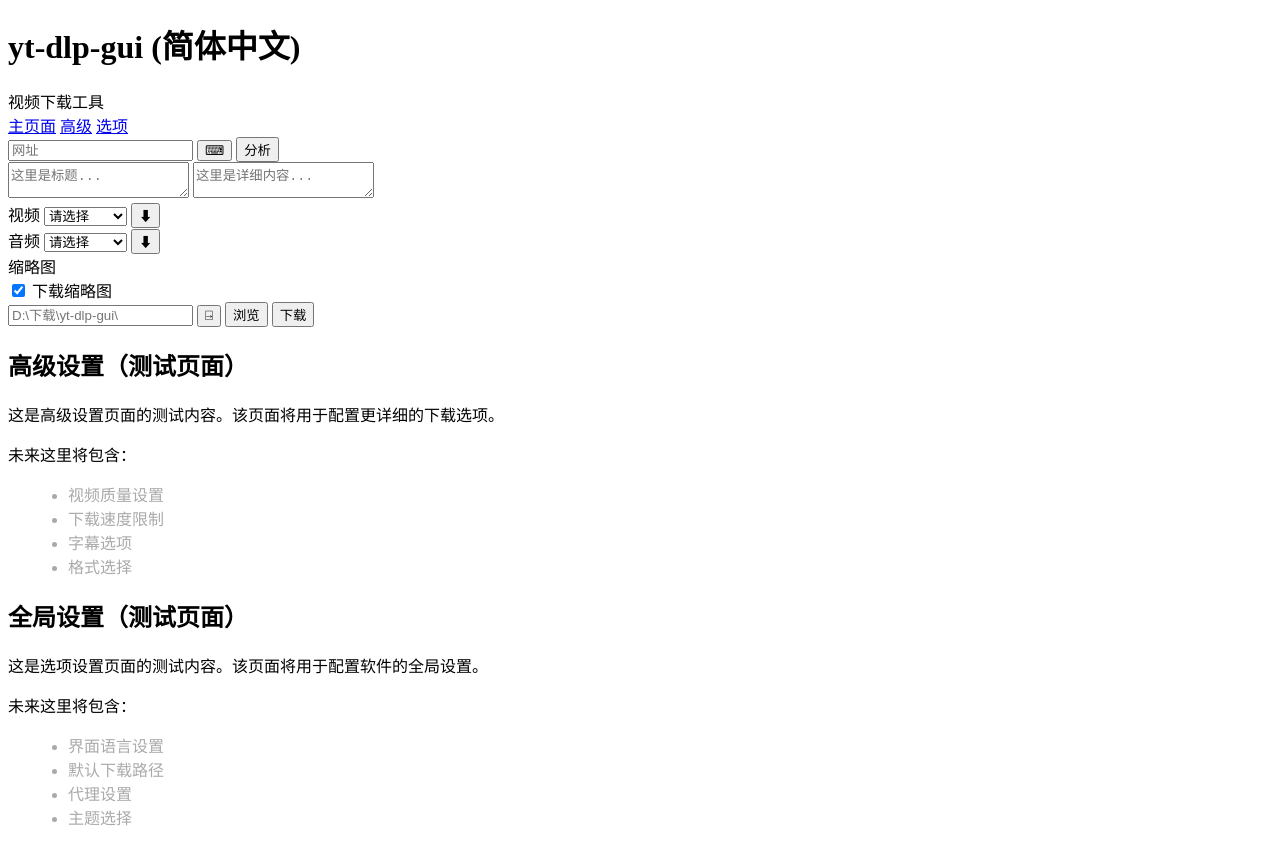
Repository: zArvin6808/yt-TubeSaver
Page: index.html
The author's editor kept a copy of each file at every save. The page is drawn from the files as they stood at one save, then again after the next save.
The browser window is 1280 px wide. The pictures show the whole page.

Above is the page before, as saved 2025-06-07 17:27:03.

### index.html
<!DOCTYPE html>
<html lang="zh-CN">
<head>
  <meta charset="UTF-8" />
  <title>yt-dlp-gui (简体中文)</title>
  <meta name="viewport" content="width=device-width, initial-scale=1.0"/>
  <link rel="stylesheet" href="style.css" />
</head>
<body>

  <!-- 标题栏 -->
  <div class="title-bar">
    <h1>yt-dlp-gui (简体中文)</h1>
    <span>视频下载工具</span>
  </div>

  <!-- 导航栏 -->
  <div class="navbar">
    <a href="#" class="nav-link active" data-page="main">主页面</a>
    <a href="#" class="nav-link" data-page="advanced">高级</a>
    <a href="#" class="nav-link" data-page="settings">选项</a>
  </div>

  <!-- 主页面内容 -->
  <div id="main" class="page active">
    <!-- 网址与按钮 占据整行 -->
    <div class="url-analysis-row">
      <input type="text" id="urlInput" placeholder="网址" />
      <button class="icon-button" id="pasteButton">⌨</button>
      <button id="analyzeButton">分析</button>
    </div>

    <!-- 主内容 -->
    <div class="main">
      <!-- 左侧面板 -->
      <div class="left-panel">
        <textarea class="title-input" id="titleInput" placeholder="这里是标题..." readonly></textarea>
        <textarea class="content-textarea" id="contentTextarea" placeholder="这里是详细内容..."></textarea>

        <!-- 视频行 -->
        <div class="select-group">
          <label for="video-select">视频</label>
          <select id="video-select">
            <option>请选择</option>
            <option value="video1">视频格式1</option>
            <option value="video2">视频格式2</option>
          </select>
          <button class="download-button" id="downloadVideoButton">⬇</button>
        </div>

        <!-- 音频行 -->
        <div class="select-group">
          <label for="audio-select">音频</label>
          <select id="audio-select">
            <option>请选择</option>
            <option value="audio1">音频格式1</option>
            <option value="audio2">音频格式2</option>
          </select>
          <button class="download-button" id="downloadAudioButton">⬇</button>
        </div>
      </div>

      <!-- 右侧面板 -->
      <div class="right-panel">
        <div class="thumbnail" id="thumbnailPreview">缩略图</div>
        <div class="checkbox-group">
          <input type="checkbox" id="download-thumb" checked />
          <label for="download-thumb">下载缩略图</label>
        </div>
      </div>
    </div>

    <!-- 路径栏 -->
    <div class="path-bar">
      <input type="text" id="pathInput" placeholder="D:\下载\yt-dlp-gui\" />
      <button class="icon-button" id="refreshPathButton">⍈</button>
      <button id="selectPathButton">浏览</button>
      <button id="downloadButton">下载</button>
    </div>
  </div>

  <!-- 高级页面 -->
  <div id="advanced" class="page">
    <div class="test-content">
      <h2>高级设置（测试页面）</h2>
      <p>这是高级设置页面的测试内容。该页面将用于配置更详细的下载选项。</p>
      <p>未来这里将包含：</p>
      <ul style="color: #aaa; margin-left: 20px;">
        <li>视频质量设置</li>
        <li>下载速度限制</li>
        <li>字幕选项</li>
        <li>格式选择</li>
      </ul>
    </div>
  </div>

  <!-- 选项页面 -->
  <div id="settings" class="page">
    <div class="test-content">
      <h2>全局设置（测试页面）</h2>
      <p>这是选项设置页面的测试内容。该页面将用于配置软件的全局设置。</p>
      <p>未来这里将包含：</p>
      <ul style="color: #aaa; margin-left: 20px;">
        <li>界面语言设置</li>
        <li>默认下载路径</li>
        <li>代理设置</li>
        <li>主题选择</li>
      </ul>
    </div>
  </div>

  <script src="script.js"></script>
</body>
</html>

### style.css
/* 新增模块化样式 - 追加到文件末尾 */

:root {
  --spacing-unit: 8px;
  --font-base: 16px;
  --font-scale: 1.125;

  /* 字体大小 */
  --text-xs: calc(var(--font-base) / var(--font-scale));
  --text-sm: var(--font-base);
  --text-md: calc(var(--font-base) * var(--font-scale));
  --text-lg: calc(var(--font-base) * var(--font-scale) * var(--font-scale));
  --text-xl: calc(var(--font-base) * var(--font-scale) * var(--font-scale) * var(--font-scale));

  /* 间距 */
  --space-1: var(--spacing-unit);
  --space-2: calc(var(--spacing-unit) * 2);
  --space-3: calc(var(--spacing-unit) * 3);
  --space-4: calc(var(--spacing-unit) * 4);
  --space-5: calc(var(--spacing-unit) * 5);
}

/* 应用容器 */
.app-container {
  font-family: 'Segoe UI', 'PingFang SC', 'Microsoft YaHei', sans-serif;
  min-height: 100vh;
  display: flex;
  flex-direction: column;
}

/* 标题栏模块 */
.app-header {
  padding: var(--space-3) var(--space-4);
  background: linear-gradient(135deg, #1a1a1a, #0d0d0d);
  border-bottom: 1px solid #333;
  text-align: center;
}

.app-header__title {
  font-size: var(--text-xl);
  font-weight: 700;
  margin: 0;
  background: linear-gradient(90deg, #ff4d4d, #f9cb28);
  -webkit-background-clip: text;
  background-clip: text;
  color: transparent;
}

/* 导航栏模块 */
.app-nav {
  display: flex;
  background-color: #252525;
  padding: 0 var(--space-4);
  border-bottom: 1px solid #333;
}

.app-nav__item {
  padding: var(--space-2) var(--space-3);
  color: #aaa;
  text-decoration: none;
  transition: all 0.3s ease;
  position: relative;
  font-size: var(--text-sm);
}

.app-nav__item:hover {
  color: #fff;
  background-color: #333;
}

.app-nav__item--active {
  color: #fff;
  background-color: #333;
}

.app-nav__item--active::after {
  content: '';
  position: absolute;
  bottom: 0;
  left: 0;
  width: 100%;
  height: 3px;
  background: linear-gradient(90deg, #ff4d4d, #f9cb28);
}

/* 主内容区模块 */
.app-main {
  padding: var(--space-4);
  flex: 1;
}

.app-page {
  display: none;
}

.app-page--active {
  display: block;
}

/* URL输入模块 */
.url-input-group {
  display: flex;
  gap: var(--space-1);
  margin-bottom: var(--space-3);
}

.url-input__field {
  flex: 1;
  padding: var(--space-2);
  background-color: #252525;
  border: 1px solid #444;
  border-radius: 4px;
  color: #fff;
  font-size: var(--text-sm);
}

.url-input__field {
  transition: all 0.3s ease;
}

.url-input__field:focus {
  outline: none;
  border-color: #f9cb28;
  box-shadow: 0 0 0 3px rgba(249, 203, 40, 0.3);
}

/* 移动端优化 */
@media (max-width: 480px) {
  .url-input-group {
    gap: var(--space-1);
  }

  .url-input__field {
    padding: var(--space-2) var(--space-2);
  }

  .app-btn {
    padding: var(--space-2);
    flex: 1;
  }
}

/* 按钮模块 */
.app-btn {
  padding: var(--space-2) var(--space-3);
  background: linear-gradient(135deg, #333, #222);
  border: none;
  border-radius: 4px;
  color: #fff;
  cursor: pointer;
  transition: all 0.2s ease;
  font-weight: 500;
  font-size: var(--text-sm);
}

.app-btn {
  transition: all 0.3s cubic-bezier(0.25, 0.8, 0.25, 1);
}

.app-btn:hover {
  background: linear-gradient(135deg, #444, #333);
  transform: translateY(-2px);
  box-shadow: 0 2px 8px rgba(0,0,0,0.2);
}

.app-btn:active {
  transform: translateY(0);
  box-shadow: 0 1px 3px rgba(0,0,0,0.1);
}

.app-btn--icon {
  padding: var(--space-2);
  min-width: 2.8rem;
}

.app-btn--download {
  padding: var(--space-1);
  min-width: 2.5rem;
}

.app-btn:disabled {
  opacity: 0.6;
  cursor: not-allowed;
}

/* 主内容布局模块 */
.content-area {
  display: flex;
  gap: var(--space-3);
  margin-bottom: var(--space-3);
}

.content-main {
  flex: 1;
  display: flex;
  flex-direction: column;
  gap: var(--space-2);
}

.content-sidebar {
  width: 300px;
}

/* 响应式设计 */
@media (max-width: 768px) {
  .content-area {
    flex-direction: column;
  }

  .content-sidebar {
    width: 100%;
  }

  .app-header__title {
    font-size: var(--text-lg);
  }

  .app-nav {
    padding: 0;
  }
}

@media (max-width: 480px) {
  .url-input-group {
    flex-wrap: wrap;
  }

  .app-btn, .url-input__field {
    width: 100%;
  }
}

### script.js
// 页面切换逻辑
function switchPage(pageId) {
    // 移除所有页面的active类
    document.querySelectorAll('.page').forEach(page => {
        page.classList.remove('active');
    });

    // 移除所有导航项的active类
    document.querySelectorAll('.navbar a').forEach(nav => {
        nav.classList.remove('active');
    });

    // 激活选中的页面
    document.getElementById(pageId).classList.add('active');

    // 激活对应的导航项
    document.querySelector(`.navbar a[data-page="${pageId}"]`).classList.add('active');
}

// 初始化页面
document.addEventListener('DOMContentLoaded', () => {
    // 为所有导航链接添加点击事件
    document.querySelectorAll('.navbar a').forEach(link => {
        link.addEventListener('click', (e) => {
            e.preventDefault();
            const pageId = link.getAttribute('data-page');
            switchPage(pageId);
        });
    });

    // 默认显示main页面
    switchPage('main');

    // 绑定按钮事件

    // 粘贴按钮点击事件
    document.getElementById('pasteButton').addEventListener('click', async () => {
        try {
            const text = await navigator.clipboard.readText();
            document.getElementById('urlInput').value = text;
            showToast('已粘贴剪贴板内容', 'success');
        } catch (error) {
            console.error('粘贴失败:', error);
            showToast('粘贴失败: ' + error.message, 'error');
        }
    });

    // URL分析按钮点击事件
    document.getElementById('analyzeButton').addEventListener('click', async () => {
        const urlInput = document.getElementById('urlInput');
        const url = urlInput.value.trim();

        if (!url) {
            showToast('请输入有效的YouTube URL', 'error');
            urlInput.focus();
            return;
        }

        if (!isValidYouTubeUrl(url)) {
            showToast('请输入有效的YouTube视频链接', 'error');
            return;
        }

        const button = document.getElementById('analyzeButton');
        const originalText = button.textContent;
        button.disabled = true;
        button.innerHTML = '<span class="spinner"></span>分析中...';

        try {
            // 模拟API请求
            const videoInfo = await analyzeYouTubeUrl(url);

            // 更新UI
            document.getElementById('titleInput').value = videoInfo.title;
            document.getElementById('contentTextarea').value = videoInfo.description;
            document.getElementById('thumbnailPreview').style.backgroundImage = `url(${videoInfo.thumbnail})`;
            document.getElementById('thumbnailPreview').textContent = '';

            // 填充格式选项
            updateFormatOptions(videoInfo.formats);

            showToast('视频信息获取成功', 'success');
        } catch (error) {
            console.error('分析URL失败:', error);
            showToast('分析失败: ' + error.message, 'error');
        } finally {
            button.disabled = false;
            button.textContent = originalText;
        }
    });

    // 下载按钮点击事件
    document.getElementById('downloadButton').addEventListener('click', async () => {
        const path = document.getElementById('pathInput').value.trim();
        if (!path) {
            showToast('请选择保存路径', 'error');
            return;
        }

        const button = document.getElementById('downloadButton');
        const originalText = button.textContent;
        button.disabled = true;
        button.innerHTML = '<span class="spinner"></span>下载中...';

        try {
            // 模拟下载过程
            await downloadVideo({
                url: document.getElementById('urlInput').value,
                path: path,
                downloadThumbnail: document.getElementById('download-thumb').checked
            });

            showToast('下载完成', 'success');
        } catch (error) {
            console.error('下载失败:', error);
            showToast('下载失败: ' + error.message, 'error');
        } finally {
            button.disabled = false;
            button.textContent = originalText;
        }
    });

    // 选择保存路径按钮点击事件
    document.getElementById('selectPathButton').addEventListener('click', async () => {
        try {
            // 使用Electron的dialog API选择路径
            const path = await window.electron.showOpenDialog({
                properties: ['openDirectory']
            });

            if (path && path.length > 0) {
                document.getElementById('pathInput').value = path[0];
                showToast('路径设置成功', 'success');
            }
        } catch (error) {
            console.error('选择路径失败:', error);
            showToast('选择路径失败', 'error');
        }
    });

    // 刷新路径按钮点击事件
    document.getElementById('refreshPathButton').addEventListener('click', () => {
        document.getElementById('pathInput').value = 'D:\\下载\\yt-dlp-gui\\';
        showToast('已重置默认路径', 'info');
    });

    // 视频下载按钮点击事件
    document.getElementById('downloadVideoButton').addEventListener('click', () => {
        const select = document.getElementById('video-select');
        if (select.value === '请选择') {
            showToast('请选择视频格式', 'error');
            return;
        }
        showToast(`开始下载视频: ${select.value}`, 'info');
    });

    // 音频下载按钮点击事件
    document.getElementById('downloadAudioButton').addEventListener('click', () => {
        const select = document.getElementById('audio-select');
        if (select.value === '请选择') {
            showToast('请选择音频格式', 'error');
            return;
        }
        showToast(`开始下载音频: ${select.value}`, 'info');
    });

    // 辅助函数
    function isValidYouTubeUrl(url) {
        const pattern = /^(https?:\/\/)?(www\.)?(youtube\.com|youtu\.?be)\/.+/;
        return pattern.test(url);
    }

    function showToast(message, type = 'info') {
      // 确保容器存在
      let container = document.querySelector('.toast-container');
      if (!container) {
        container = document.createElement('div');
        container.className = 'toast-container';
        document.body.appendChild(container);
      }

      const icons = {
        success: '✓',
        error: '✕',
        warning: '⚠',
        info: 'ℹ'
      };

      const toast = document.createElement('div');
      toast.className = `toast toast-${type}`;

      // 添加图标
      const icon = document.createElement('span');
      icon.className = 'toast-icon';
      icon.textContent = icons[type] || icons.info;
      toast.appendChild(icon);

      // 添加消息
      const messageEl = document.createElement('span');
      messageEl.textContent = message;
      toast.appendChild(messageEl);

      // 添加关闭按钮
      const closeBtn = document.createElement('span');
      closeBtn.className = 'toast-close';
      closeBtn.innerHTML = '&times;';
      closeBtn.addEventListener('click', () => {
        toast.classList.add('hide');
        setTimeout(() => toast.remove(), 300);
      });
      toast.appendChild(closeBtn);

      container.appendChild(toast);

      // 显示toast
      setTimeout(() => toast.classList.add('show'), 10);

      // 自动隐藏
      const timeout = setTimeout(() => {
        toast.classList.add('hide');
        setTimeout(() => toast.remove(), 300);
      }, 3000);

      // 鼠标悬停时暂停自动隐藏
      toast.addEventListener('mouseenter', () => {
        clearTimeout(timeout);
        toast.style.setProperty('--progress', 'paused');
      });

      toast.addEventListener('mouseleave', () => {
        const newTimeout = setTimeout(() => {
          toast.classList.add('hide');
          setTimeout(() => toast.remove(), 300);
        }, 3000);
        toast.dataset.timeout = newTimeout;
      });
    }

    // 模拟API函数
    async function analyzeYouTubeUrl(url) {
        return new Promise((resolve) => {
            setTimeout(() => {
                resolve({
                    title: '示例视频标题',
                    description: '这是视频的详细描述信息...',
                    thumbnail: 'https://i.ytimg.com/vi/dQw4w9WgXcQ/maxresdefault.jpg',
                    formats: {
                        video: ['1080p', '720p', '480p'],
                        audio: ['mp3', 'aac', 'opus']
                    }
                });
            }, 1500);
        });
    }

    function updateFormatOptions(formats) {
        const videoSelect = document.getElementById('video-select');
        const audioSelect = document.getElementById('audio-select');

        // 清空现有选项
        videoSelect.innerHTML = '<option>请选择</option>';
        audioSelect.innerHTML = '<option>请选择</option>';

        // 添加视频格式
        formats.video.forEach(format => {
            const option = document.createElement('option');
            option.value = format;
            option.textContent = format;
            videoSelect.appendChild(option);
        });

        // 添加音频格式
        formats.audio.forEach(format => {
            const option = document.createElement('option');
            option.value = format;
            option.textContent = format;
            audioSelect.appendChild(option);
        });
    }

    async function downloadVideo(options) {
        return new Promise((resolve) => {
            setTimeout(() => {
                console.log('下载完成:', options);
                resolve();
            }, 3000);
        });
    }

    // 页面切换
    document.querySelectorAll('.nav-link').forEach(link => {
        link.addEventListener('click', (e) => {
            e.preventDefault();
            const page = link.dataset.page;

            // 更新导航栏状态
            document.querySelectorAll('.nav-link').forEach(navLink => {
                navLink.classList.remove('active');
            });
            link.classList.add('active');

            // 切换页面
            document.querySelectorAll('.page').forEach(pageElement => {
                pageElement.classList.remove('active');
            });
            document.getElementById(page).classList.add('active');
        });
    });

    // 粘贴按钮点击事件
    document.getElementById('pasteButton')?.addEventListener('click', async () => {
        try {
            const button = document.getElementById('pasteButton');
            const originalText = button.textContent;
            button.disabled = true;
            button.innerHTML = '<span class="spinner"></span>粘贴中...';

            const text = await navigator.clipboard.readText();
            document.getElementById('urlInput').value = text;
            showToast('已粘贴剪贴板内容', 'success');
        } catch (error) {
            console.error('粘贴失败:', error);
            showToast('粘贴失败: ' + error.message, 'error');
        } finally {
            const button = document.getElementById('pasteButton');
            button.disabled = false;
            button.textContent = '粘贴';
        }
    });

    // 视频下载按钮点击事件
    document.getElementById('downloadVideoButton')?.addEventListener('click', async () => {
        const select = document.getElementById('video-select');
        if (select.value === '请选择') {
            showToast('请选择视频格式', 'error');
            return;
        }

        const button = document.getElementById('downloadVideoButton');
        const originalText = button.textContent;
        button.disabled = true;
        button.innerHTML = '<span class="spinner"></span>下载中...';

        try {
            // 模拟下载过程
            await downloadVideo({
                url: document.getElementById('urlInput').value,
                format: select.value,
                type: 'video'
            });

            showToast(`视频下载完成: ${select.value}`, 'success');
        } catch (error) {
            console.error('视频下载失败:', error);
            showToast('视频下载失败: ' + error.message, 'error');
        } finally {
            button.disabled = false;
            button.textContent = originalText;
        }
    });

    // 音频下载按钮点击事件
    document.getElementById('downloadAudioButton')?.addEventListener('click', async () => {
        const select = document.getElementById('audio-select');
        if (select.value === '请选择') {
            showToast('请选择音频格式', 'error');
            return;
        }

        const button = document.getElementById('downloadAudioButton');
        const originalText = button.textContent;
        button.disabled = true;
        button.innerHTML = '<span class="spinner"></span>下载中...';

        try {
            // 模拟下载过程
            await downloadVideo({
                url: document.getElementById('urlInput').value,
                format: select.value,
                type: 'audio'
            });

            showToast(`音频下载完成: ${select.value}`, 'success');
        } catch (error) {
            console.error('音频下载失败:', error);
            showToast('音频下载失败: ' + error.message, 'error');
        } finally {
            button.disabled = false;
            button.textContent = originalText;
        }
    });

    // 刷新路径按钮点击事件
    document.getElementById('refreshPathButton')?.addEventListener('click', () => {
        document.getElementById('pathInput').value = 'D:\\下载\\yt-dlp-gui\\';
        showToast('已重置默认路径', 'info');
    });
});

After the next save:
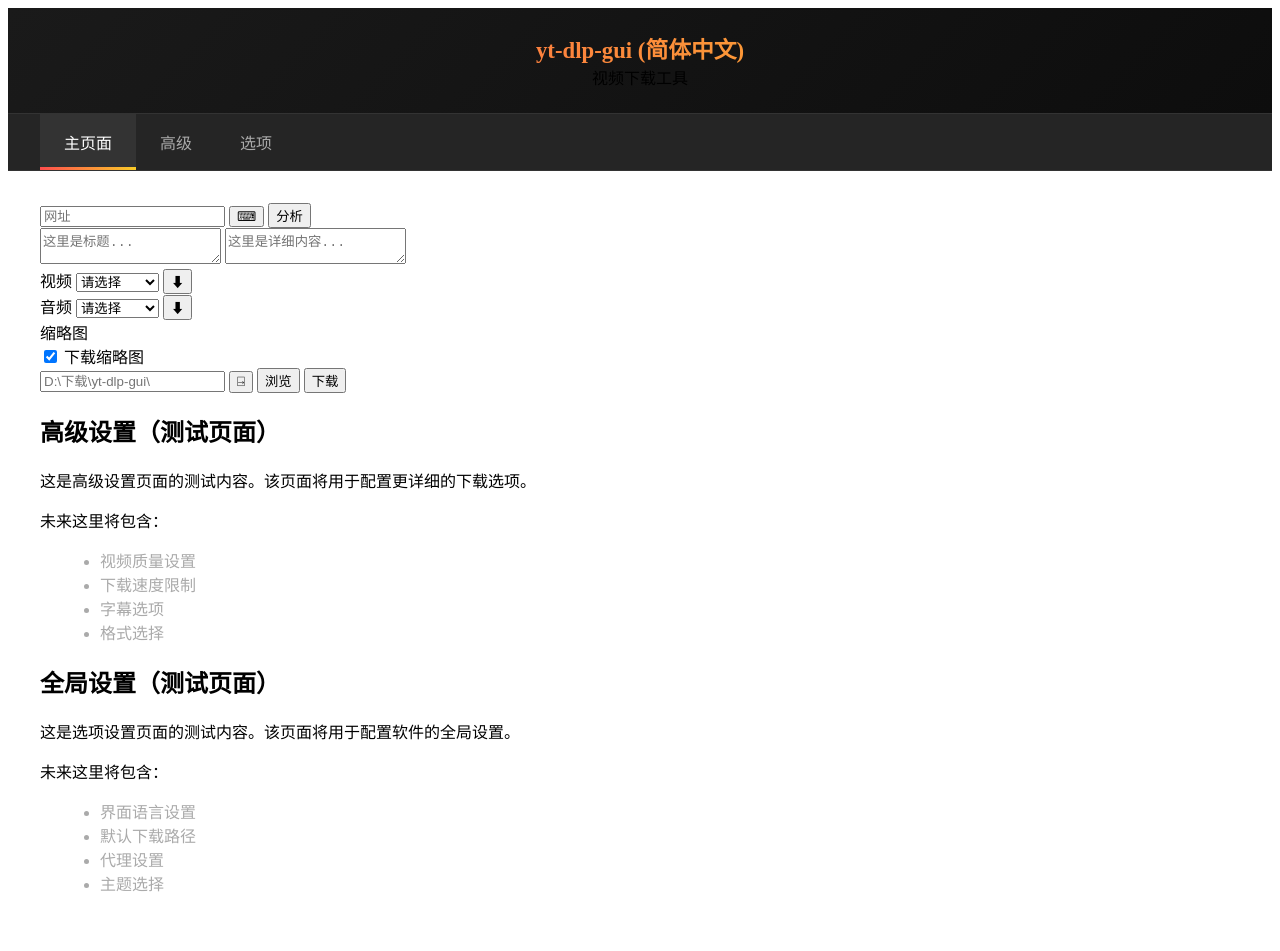
Console error: TypeError: Cannot read properties of null (reading 'classList')
Saved 105 s later.
--- a/index.html
+++ b/index.html
@@ -9,20 +9,21 @@
 <body>
 
   <!-- 标题栏 -->
-  <div class="title-bar">
-    <h1>yt-dlp-gui (简体中文)</h1>
+  <header class="app-header">
+    <h1 class="app-header__title">yt-dlp-gui (简体中文)</h1>
     <span>视频下载工具</span>
-  </div>
+  </header>
 
   <!-- 导航栏 -->
-  <div class="navbar">
-    <a href="#" class="nav-link active" data-page="main">主页面</a>
-    <a href="#" class="nav-link" data-page="advanced">高级</a>
-    <a href="#" class="nav-link" data-page="settings">选项</a>
-  </div>
+  <nav class="app-nav">
+    <a href="#" class="app-nav__item app-nav__item--active" data-page="main">主页面</a>
+    <a href="#" class="app-nav__item" data-page="advanced">高级</a>
+    <a href="#" class="app-nav__item" data-page="settings">选项</a>
+  </nav>
 
   <!-- 主页面内容 -->
-  <div id="main" class="page active">
+  <main class="app-main">
+    <div id="main" class="app-page app-page--active">
     <!-- 网址与按钮 占据整行 -->
     <div class="url-analysis-row">
       <input type="text" id="urlInput" placeholder="网址" />
